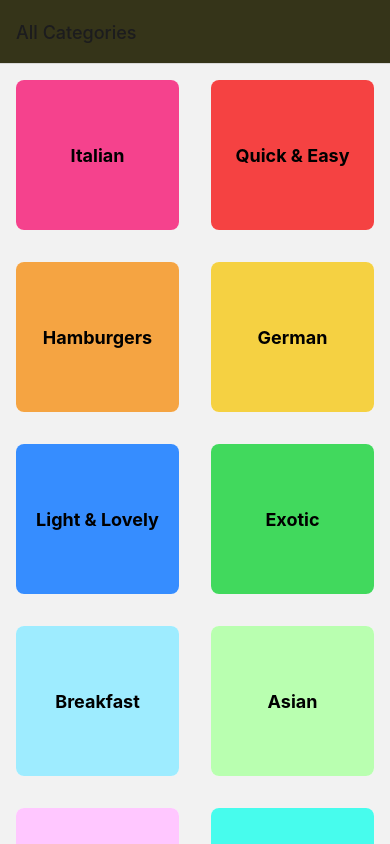
Repository: SyLe-Van/Food-Category-App
Screen: /MealsCategories
The author's editor kept a copy of each file at every save. The screen is drawn from the files as they stood at one save, then again after the next save.
An inner scrolling area shows only its first screen. The app was drawn by React Native's web renderer in a window 390 px wide. The project was rebuilt for these pictures with package versions that can differ from the ones it lists, and the page was loaded fresh each time. Also part of the build but not shown: components/MealItem.js, screens/MealsOverViewScreen.js.

Above is the screen before, as saved 2024-02-19 14:41:16.

After the next save:
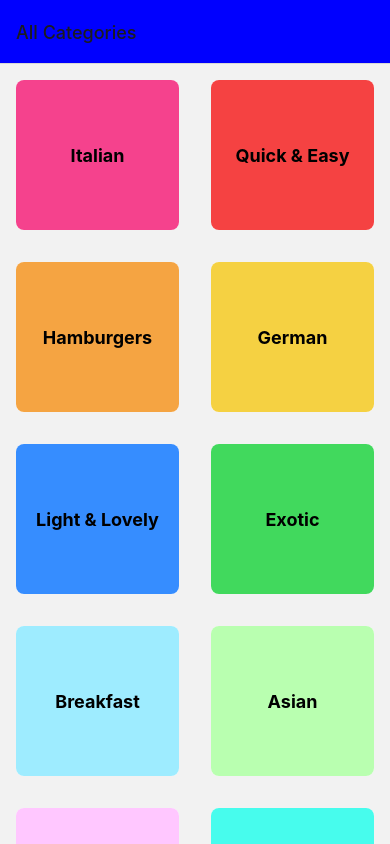
Saved 9 s later.
--- a/App.js
+++ b/App.js
@@ -20,7 +20,7 @@ export default function App() {
             options={{
               title: "All Categories",
               headerStyle: {
-                backgroundColor: "#353419",
+                backgroundColor: "blue",
               },
             }}
           />
